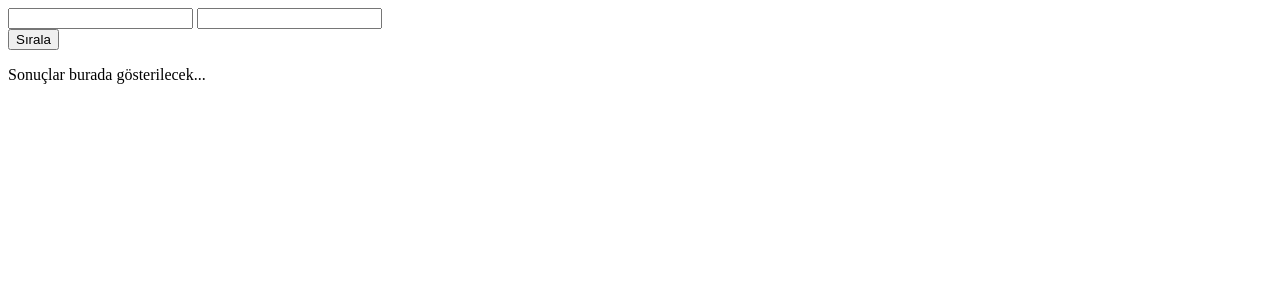
Repository: akifkerimgunsal/exercises-from-csharp-js-and-sqlqueries
Page: Javascript Beginner Exercises/2-ikiliSiralama/public/siralama.html
An editor plug-in stored every save of this project. The page is shown before and after the next save, followed by the edit.
The browser window is 1280 px wide. The pictures show the whole page.

Above is the page before, as saved 2024-02-11 12:28:17.

After the next save:
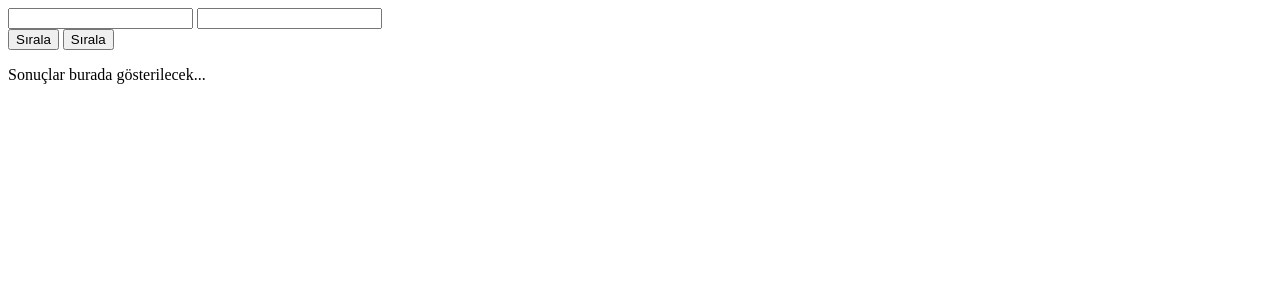
Saved 20 s later.
--- a/Javascript Beginner Exercises/2-ikiliSiralama/public/siralama.html
+++ b/Javascript Beginner Exercises/2-ikiliSiralama/public/siralama.html
@@ -9,6 +9,7 @@
 	<input id="input1" type="text" >
 	<input id="input2" type="text" > <br>
 	<button type="button" onclick="sirala()"> Sırala</button>
+	<button onclick="temizle()"> Sırala</button>
 	<p id="p1"> Sonuçlar burada gösterilecek...</p>
 </body>
 </html>
